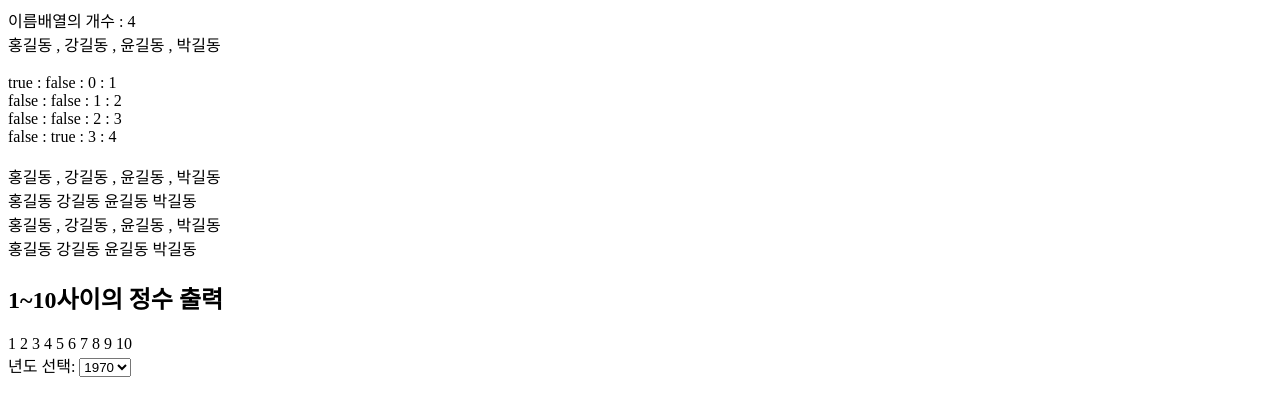
Repository: skim24245/web_workspace_src
Page: http://localhost/Lecture-Web/jsp/el/exam13.jsp
An editor plug-in stored every save of this project. The page is shown before and after the next save, followed by the edit.
The browser window is 1280 px wide. The pictures show the whole page.
The page is served by Tomcat 9.

Above is the page before, as saved 2022-06-07 08:00:03.

After the next save:
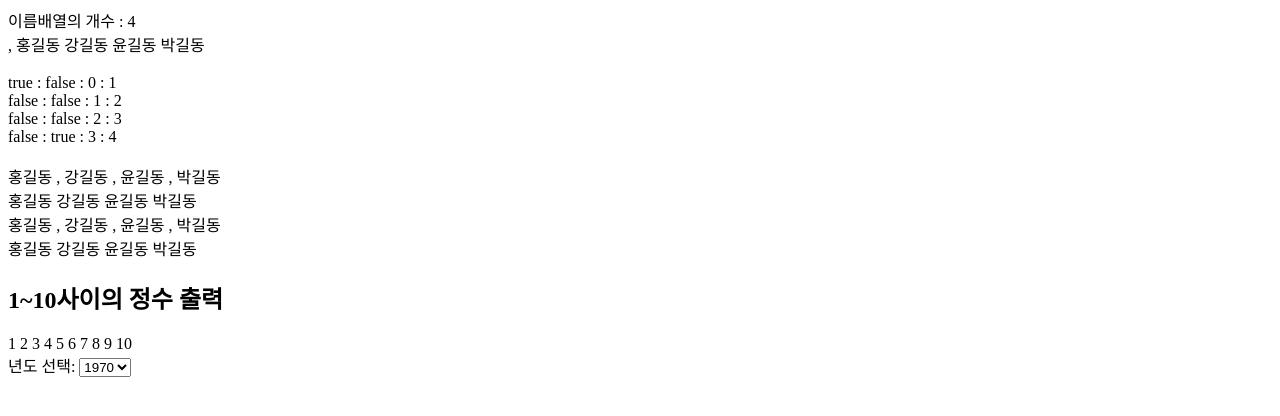
Saved 2 min 12 s later.
--- a/Lecture-Web/src/main/webapp/jsp/el/exam13.jsp
+++ b/Lecture-Web/src/main/webapp/jsp/el/exam13.jsp
@@ -20,9 +20,8 @@
 이름배열의 개수 : ${fn:length(names)}<BR>
 
 
-
 <c:forEach items="${ names }" var="name" varStatus="loop">
-<c:if test="${ not loop.first }">
+<c:if test="${loop.first }">
 ,
 </c:if>
 ${name}

After the save that followed:
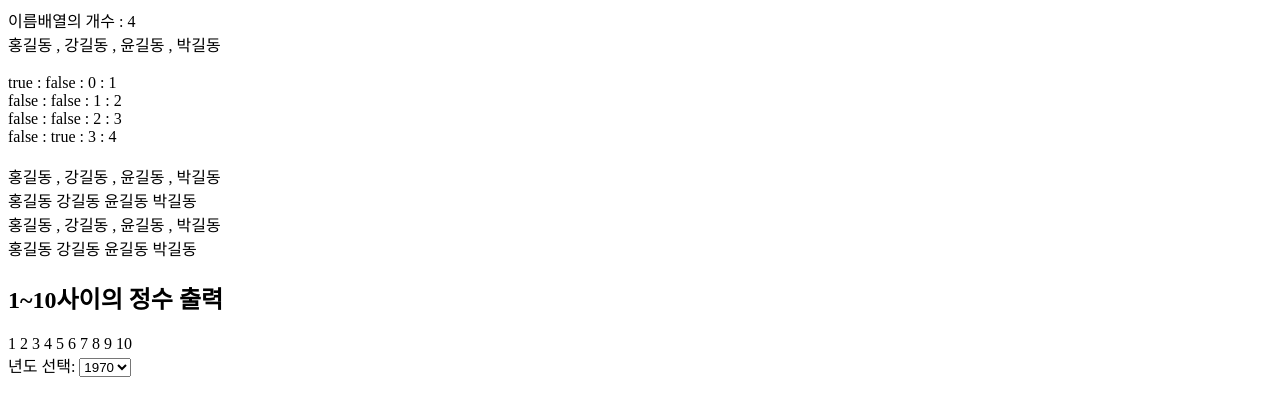
Saved 5 s later.
--- a/Lecture-Web/src/main/webapp/jsp/el/exam13.jsp
+++ b/Lecture-Web/src/main/webapp/jsp/el/exam13.jsp
@@ -21,7 +21,7 @@
 
 
 <c:forEach items="${ names }" var="name" varStatus="loop">
-<c:if test="${loop.first }">
+<c:if test="${not loop.first }">
 ,
 </c:if>
 ${name}
